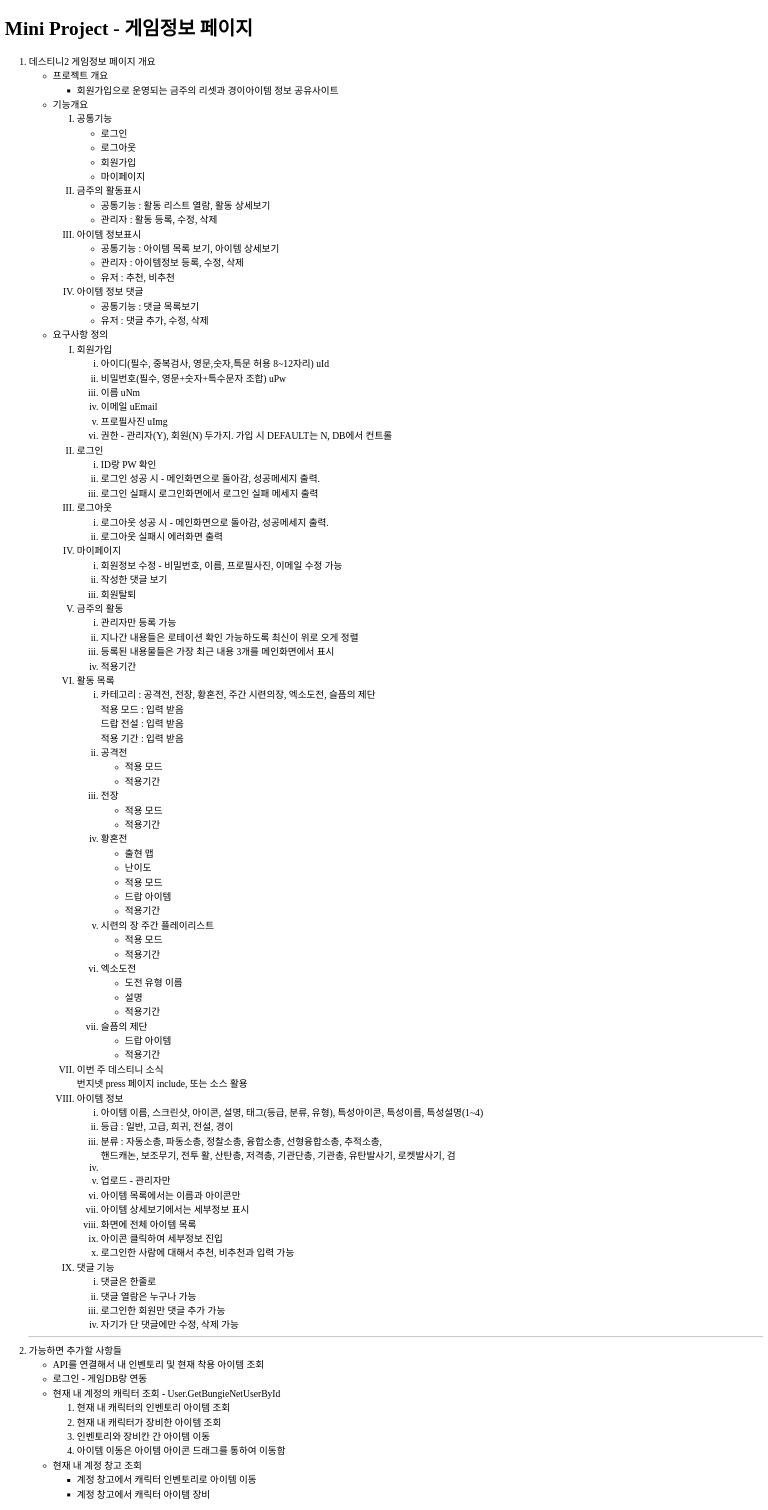
Repository: OrdnateValor/DegaTotal
Page: http://localhost/mini/
The author's editor kept a copy of each file at every save. The page is drawn from the files as they stood at one save, then again after the next save.
The browser window is 1280 px wide. The pictures show the whole page, at 60% of full size.
The page is served by Tomcat 9. Other server files are loaded and not shown.

Above is the page before, as saved 2021-09-26 03:02:40.

### mini/src/main/webapp/index.jsp
<%@ page language="java" contentType="text/html; charset=UTF-8"
	pageEncoding="UTF-8"%>
<!DOCTYPE html>
<html>
<head>
<meta charset="UTF-8">
<title>index.jsp</title>
</head>
<body>
	<h1>Mini Project - 게임정보 페이지</h1>
	<ol>
		<li>데스티니2 게임정보 페이지 개요<!-- 개요 -->
			<ul>
				<li>프로젝트 개요
					<ul>
						<li>회원가입으로 운영되는 금주의 리셋과 경이아이템 정보 공유사이트</li>
					</ul>
				</li>
			</ul>
			<ul>
				<li>기능개요<!-- 기능개요 -->
					<ol type="I">
						<li>공통기능
							<ul type="circle">
								<li>로그인</li>
								<li>로그아웃</li>
								<li>회원가입</li>
								<li>마이페이지</li>
							</ul>
						</li>
						<li>금주의 활동표시
							<ul type="circle">
								<li>공통기능 : 활동 리스트 열람, 활동 상세보기</li>
								<li>관리자 : 활동 등록, 수정, 삭제</li>
							</ul>
						</li>
						<li>아이템 정보표시
							<ul type="circle">
								<li>공통기능 : 아이템 목록 보기, 아이템 상세보기</li>
								<li>관리자 : 아이템정보 등록, 수정, 삭제</li>
								<li>유저 : 추천, 비추천</li>
							</ul>
						</li>
						<li>아이템 정보 댓글
							<ul type="circle">
								<li>공통기능 : 댓글 목록보기
								<li>유저 : 댓글 추가, 수정, 삭제</li>
							</ul>
						</li>
					</ol>
				</li>
				<!-- 기능개요 끝 -->
				<li>요구사항 정의<!-- 요구사항 정의 -->
					<ol type="I">
						<li>회원가입
							<ol type="i">
								<li>아이디(필수, 중복검사, 영문,숫자,특문 허용 8~12자리) uId</li>
								<li>비밀번호(필수, 영문+숫자+특수문자 조합) uPw</li>
								<li>이름 uNm</li>
								<li>이메일 uEmail</li>
								<li>프로필사진 uImg</li>
								<li>권한 - 관리자(Y), 회원(N) 두가지. 가입 시 DEFAULT는 N, DB에서 컨트롤</li>
							</ol>
						</li>
						<li>로그인
							<ol type="i">
								<li>ID랑 PW 확인</li>
								<li>로그인 성공 시 - 메인화면으로 돌아감, 성공메세지 출력.</li>
								<li>로그인 실패시 로그인화면에서 로그인 실패 메세지 출력</li>
							</ol>
						</li>
						<li>로그아웃
							<ol type="i">
								<li>로그아웃 성공 시 - 메인화면으로 돌아감, 성공메세지 출력.</li>
								<li>로그아웃 실패시 에러화면 출력</li>
							</ol>
						</li>
						<li>마이페이지
							<ol type="i">
								<li>회원정보 수정 - 비밀번호, 이름, 프로필사진, 이메일 수정 가능</li>
								<li>작성한 댓글 보기</li>
								<li>회원탈퇴</li>
							</ol>
						</li>
						<li>금주의 활동
							<ol type="i">
								<li>관리자만 등록 가능</li>
								<li>지나간 내용들은 로테이션 확인 가능하도록 최신이 위로 오게 정렬</li>
								<li>등록된 내용물들은 가장 최근 내용 3개를 메인화면에서 표시</li>
								<li>적용기간</li>
							</ol>
						</li>
						<li>활동 목록
							<ol type="i">
								<li>카테고리 : 공격전, 전장, 황혼전, 주간 시련의장, 엑소도전, 슬픔의 제단<br> 적용
									모드 : 입력 받음<br> 드랍 전설 : 입력 받음<br> 적용 기간 : 입력 받음<br>
								</li>
								<li>공격전
									<ul type="circle">
										<li>적용 모드</li>
										<li>적용기간</li>
									</ul>
								</li>
								<li>전장
									<ul type="circle">
										<li>적용 모드</li>
										<li>적용기간</li>
									</ul>
								</li>
								<li>황혼전
									<ul type="circle">
										<li>출현 맵</li>
										<li>난이도</li>
										<li>적용 모드</li>
										<li>드랍 아이템</li>
										<li>적용기간</li>
									</ul>
								</li>
								<li>시련의 장 주간 플레이리스트
									<ul type="circle">
										<li>적용 모드</li>
										<li>적용기간</li>
									</ul>
								</li>
								<li>엑소도전
									<ul type="circle">
										<li>도전 유형 이름</li>
										<li>설명</li>
										<li>적용기간</li>
									</ul>
								</li>
								<li>슬픔의 제단
									<ul type="circle">
										<li>드랍 아이템</li>
										<li>적용기간</li>
									</ul>
								</li>
							</ol>
						</li>
						<li>이번 주 데스티니 소식<br>번지넷 press 페이지 include, 또는 소스 활용
						</li>
						<li>아이템 정보
							<ol type="i">
								<li>아이템 이름, 스크린샷, 아이콘, 설명, 태그(등급, 분류, 유형), 특성아이콘, 특성이름,
									특성설명(1~4)</li>
								<li>등급 : 일반, 고급, 희귀, 전설, 경이</li>
								<li>분류 : 자동소총, 파동소총, 정찰소총, 융합소총, 선형융합소총, 추적소총,<br>
									핸드캐논, 보조무기, 전투 활, 산탄총, 저격총, 기관단총, 기관총, 유탄발사기, 로켓발사기, 검
								</li>
								<li></li>
								<li>업로드 - 관리자만</li>
								<li>아이템 목록에서는 이름과 아이콘만</li>
								<li>아이템 상세보기에서는 세부정보 표시</li>
								<li>화면에 전체 아이템 목록</li>
								<li>아이콘 클릭하여 세부정보 진입</li>
								<li>로그인한 사람에 대해서 추천, 비추천과 입력 가능</li>
							</ol>
						</li>
						<li>댓글 기능
							<ol type="i">
								<li>댓글은 한줄로</li>
								<li>댓글 열람은 누구나 가능</li>
								<li>로그인한 회원만 댓글 추가 가능</li>
								<li>자기가 단 댓글에만 수정, 삭제 가능</li>
							</ol>
						</li>
					</ol>
				</li>
				<!-- 요구사항 정의 끝 -->
			</ul>
			<hr>
		</li>
		<!-- 개요 끝 -->
		<li>가능하면 추가할 사항들<!-- 추가사항START  -->
			<ul>
				<li>API를 연결해서 내 인벤토리 및 현재 착용 아이템 조회</li>
				<li>로그인 - 게임DB랑 연동</li>
				<li>현재 내 계정의 캐릭터 조회 - User.GetBungieNetUserById
					<ol>
						<li>현재 내 캐릭터의 인벤토리 아이템 조회</li>
						<li>현재 내 캐릭터가 장비한 아이템 조회</li>
						<li>인벤토리와 장비칸 간 아이템 이동</li>
						<li>아이템 이동은 아이템 아이콘 드래그를 통하여 이동함</li>
					</ol>
				</li>
				<li>현재 내 계정 창고 조회
					<ul>
						<li>계정 창고에서 캐릭터 인벤토리로 아이템 이동</li>
						<li>계정 창고에서 캐릭터 아이템 장비</li>
					</ul>
				</li>
			</ul>
		</li>
		<!-- 추가사항END  -->
	</ol>
</body>
</html>

After the next save:
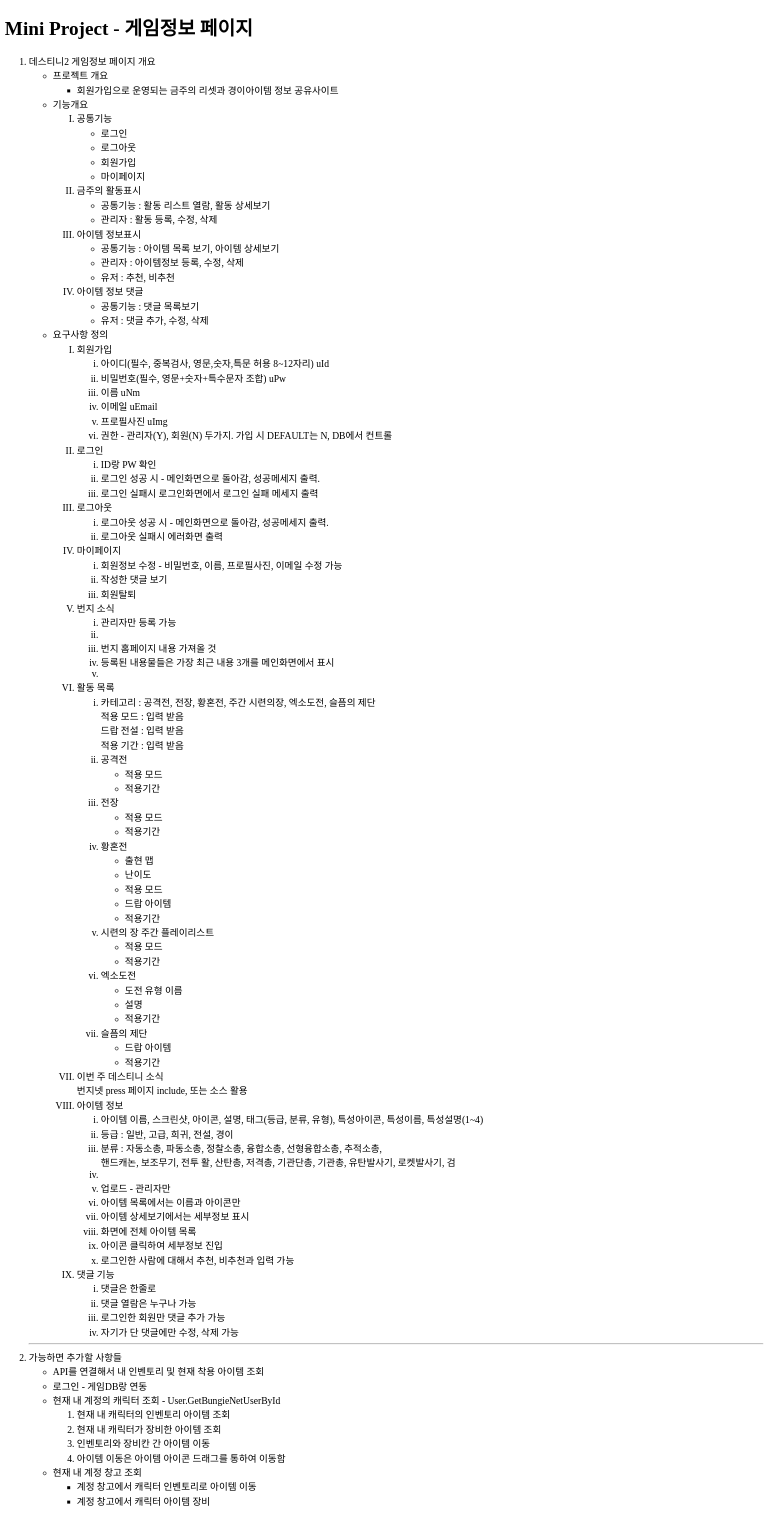
Saved 6 min 24 s later.
--- a/mini/src/main/webapp/index.jsp
+++ b/mini/src/main/webapp/index.jsp
@@ -82,12 +82,13 @@
 								<li>회원탈퇴</li>
 							</ol>
 						</li>
-						<li>금주의 활동
+						<li>번지 소식
 							<ol type="i">
 								<li>관리자만 등록 가능</li>
-								<li>지나간 내용들은 로테이션 확인 가능하도록 최신이 위로 오게 정렬</li>
+								<li></li>
+								<li>번지 홈페이지 내용 가져올 것</li>
 								<li>등록된 내용물들은 가장 최근 내용 3개를 메인화면에서 표시</li>
-								<li>적용기간</li>
+								<li></li>
 							</ol>
 						</li>
 						<li>활동 목록
